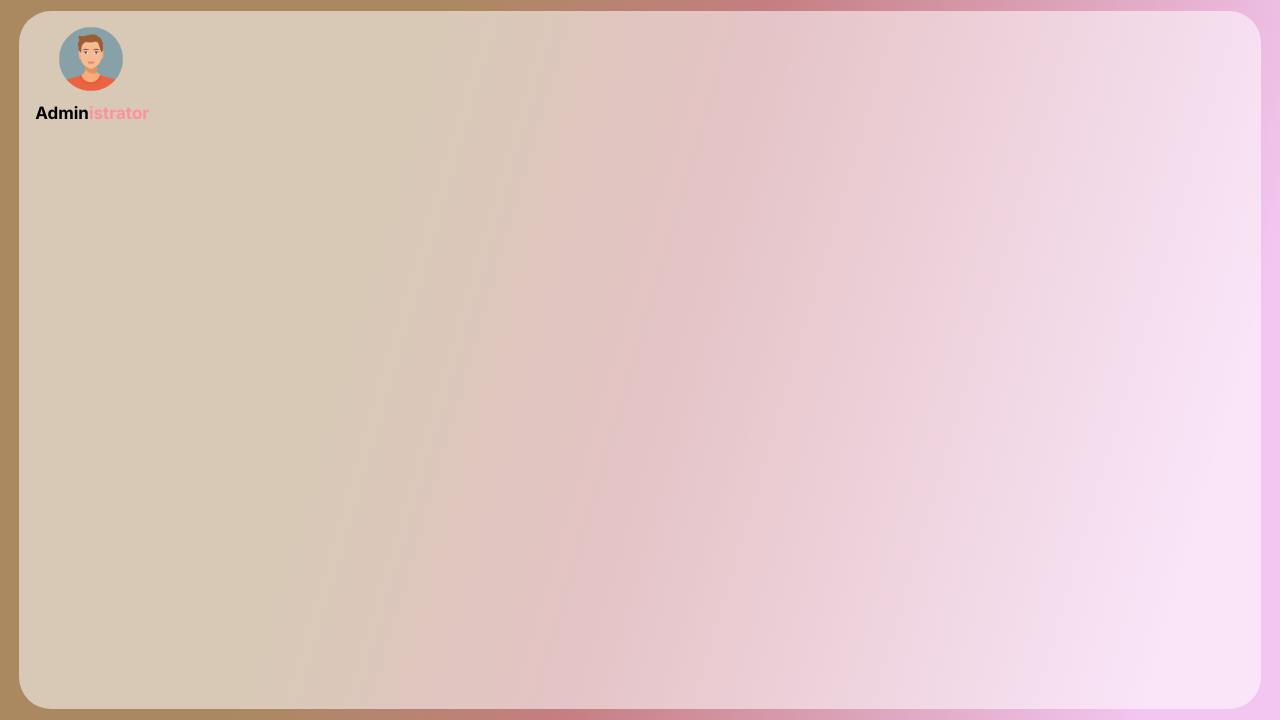
Repository: Zeeohn/react-admin-dash1
Page: /
An editor plug-in stored every save of this project. The page is shown before and after the next save, followed by the edit.
The browser window is 1280 px wide. The pictures show the whole page.
The project was rebuilt for these pictures with package versions that can differ from the ones it lists, and the page was loaded fresh each time.

Above is the page before, as saved 2022-05-20 12:02:40.

### public/index.html
<!DOCTYPE html>
<html lang="en">
  <head>
    <meta charset="utf-8" />
    <meta name="viewport" content="width=device-width, initial-scale=1" />
    <meta name="theme-color" content="#000000" />
    <meta
      name="description"
      content="Web site created using create-react-app"
    />
    <link rel="preconnect" href="https://fonts.googleapis.com" />
    <link rel="preconnect" href="https://fonts.gstatic.com" crossorigin />
    <link
      href="https://fonts.googleapis.com/css2?family=Inter:wght@400;500;700&family=Poppins:ital,wght@0,100;0,200;0,300;0,400;0,500;0,600;0,700;0,800;0,900;1,100;1,200;1,300;1,400;1,500;1,600;1,700;1,800;1,900&display=swap"
      rel="stylesheet"
    />

    <style>
      body {
        margin: 0;
      }
    </style>
    <!--
      manifest.json provides metadata used when your web app is installed on a
      user's mobile device or desktop. See https://developers.google.com/web/fundamentals/web-app-manifest/
    -->
    <!--
      Notice the use of %PUBLIC_URL% in the tags above.
      It will be replaced with the URL of the `public` folder during the build.
      Only files inside the `public` folder can be referenced from the HTML.

      Unlike "/favicon.ico" or "favicon.ico", "%PUBLIC_URL%/favicon.ico" will
      work correctly both with client-side routing and a non-root public URL.
      Learn how to configure a non-root public URL by running `npm run build`.
    -->
    <title>React App</title>
  </head>
  <body>
    <noscript>You need to enable JavaScript to run this app.</noscript>
    <div id="root"></div>
    <!--
      This HTML file is a template.
      If you open it directly in the browser, you will see an empty page.

      You can add webfonts, meta tags, or analytics to this file.
      The build step will place the bundled scripts into the <body> tag.

      To begin the development, run `npm start` or `yarn start`.
      To create a production bundle, use `npm run build` or `yarn build`.
    -->
  </body>
</html>

### src/index.js
import React from 'react';
import ReactDOM from 'react-dom/client';
import App from './App';

const root = ReactDOM.createRoot(document.getElementById('root'));
root.render(
  <App />
)

// If you want to start measuring performance in your app, pass a function
// to log results (for example: reportWebVitals(console.log))
// or send to an analytics endpoint. Learn more: https://bit.ly/CRA-vitals

### src/App.js
import "./App.css";
import Sidebar from "./components/sidebar/Sidebar.jsx";

function App() {
  return (
    <div className="App">
      <div className="AppGlass">
        <Sidebar />
        <div></div>
        <div></div>
      </div>
    </div>
  );
}

export default App;

### src/App.css
:root {
  --yellow: linear-gradient(180deg, #f8d49a -146.42%, #fad79d -46.42%);
  --orange: #fca61f;
  --black: #242d49;
  --gray: #788097;
  --purple: linear-gradient(180deg, #bb67ff 0%, #c484f3 100%);
  --pink: #ff919d;
  --glass: rgba(255, 255, 255, 0.54);
  --boxShadow: 0px 19px 60px rgb(0 0 0 / 8%);
  --smboxShadow: -79px 51px 60px rgba(0, 0, 0, 0.08);
  --activeItem: #f799a354;
}

.App {
  background: linear-gradient(
    106.37deg,
    #aa8960 29.63%,
    #c57e81 51.55%,
    #f3c6f1 90.85%
  );
  height: 100vh;
  display: flex;
  justify-content: center;
  align-items: center;
  font-family: "Inter", sans-serif;
}

.AppGlass {
  display: grid;
  height: 97%;
  width: 97%;
  border-radius: 2rem;
  background-color: var(--glass);
  overflow: hidden;
  grid-template-columns: 11rem auto 23rem;
}

### src/components/sidebar/Sidebar.jsx
import React from "react";
import "./Sidebar.css";
import Placeholder from "../../imgs/placeholder.png";

const Sidebar = () => {
  return (
    <div className="Sidebar">
      {/*logo*/}
      <div className="logo">
        <img src={Placeholder} alt="Admin placeholder" />
        <span>
          Admin<span>istrator</span>
        </span>
      </div>
    </div>
  );
};

export default Sidebar;

### src/components/sidebar/Sidebar.css
.Sidebar {
  display: flex;
  flex-direction: column;
  position: relative;
  padding-top: 0.5rem;
  transition: all 300ms ease;
}

.logo {
  display: block;
  height: 4rem;
  font-weight: bold;
  font-size: 17px;
  gap: 0.1rem;
  padding-left: 1rem;
  align-items: center;
  justify-content: center;
  height: 2%;
}

.logo > img {
  width: 5rem;
  height: 5rem;
  padding-left: 1rem;
}

.logo > span > span {
  color: var(--pink);
}

After the next save:
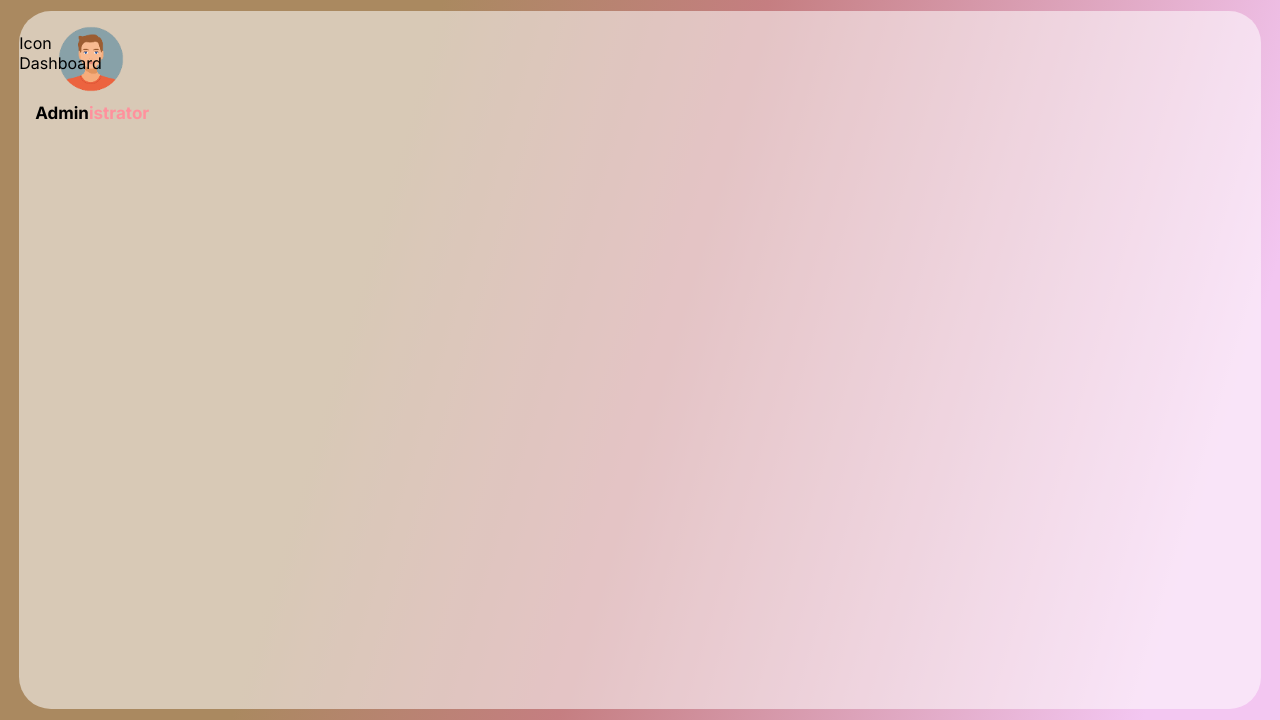
Saved 5 min 8 s later.
--- a/src/components/sidebar/Sidebar.jsx
+++ b/src/components/sidebar/Sidebar.jsx
@@ -12,6 +12,12 @@ const Sidebar = () => {
           Admin<span>istrator</span>
         </span>
       </div>
+      <div className="menu">
+        <div className="menuItem">
+          <div>Icon</div>
+          <span>Dashboard</span>
+        </div>
+      </div>
     </div>
   );
 };
